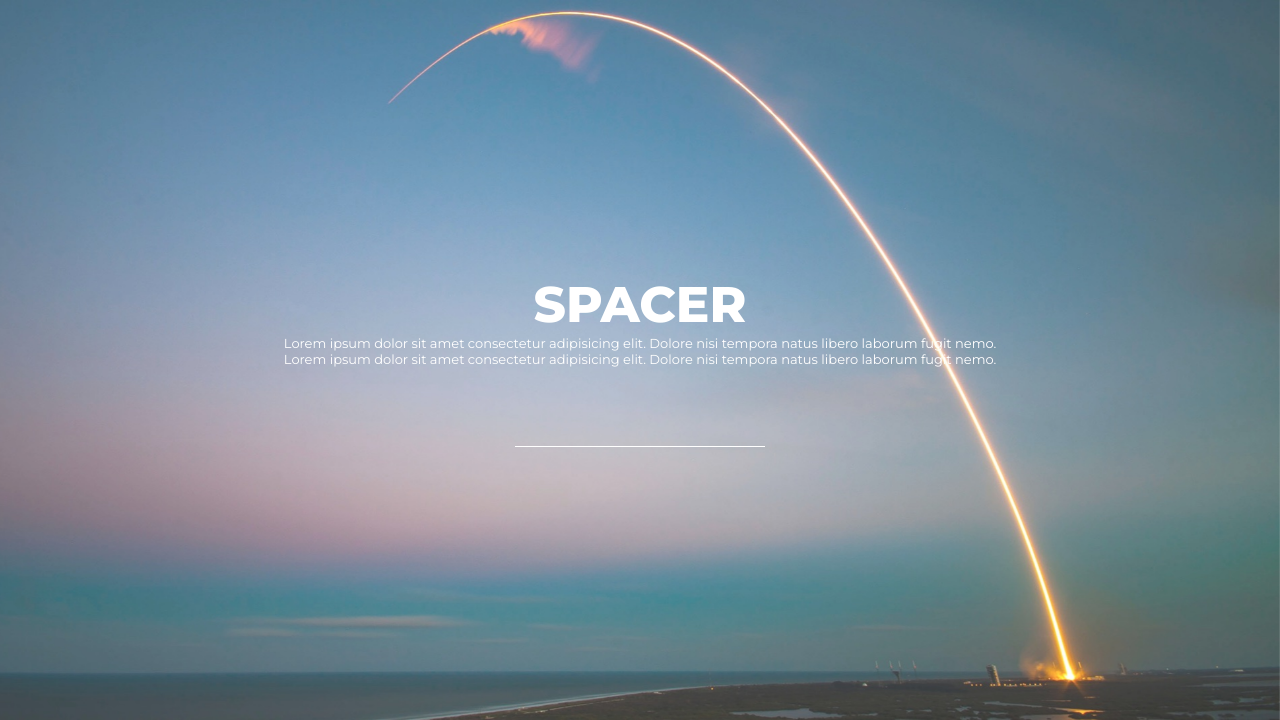
Repository: Trelefele/spacer-roman
Page: /
The author's editor kept a copy of each file at every save. The page is drawn from the files as they stood at one save, then again after the next save.
The browser window is 1280 px wide. The pictures show the whole page.
The project was rebuilt for these pictures with package versions that can differ from the ones it lists, and the page was loaded fresh each time.

Above is the page before, as saved 2019-02-05 19:31:44.

After the next save:
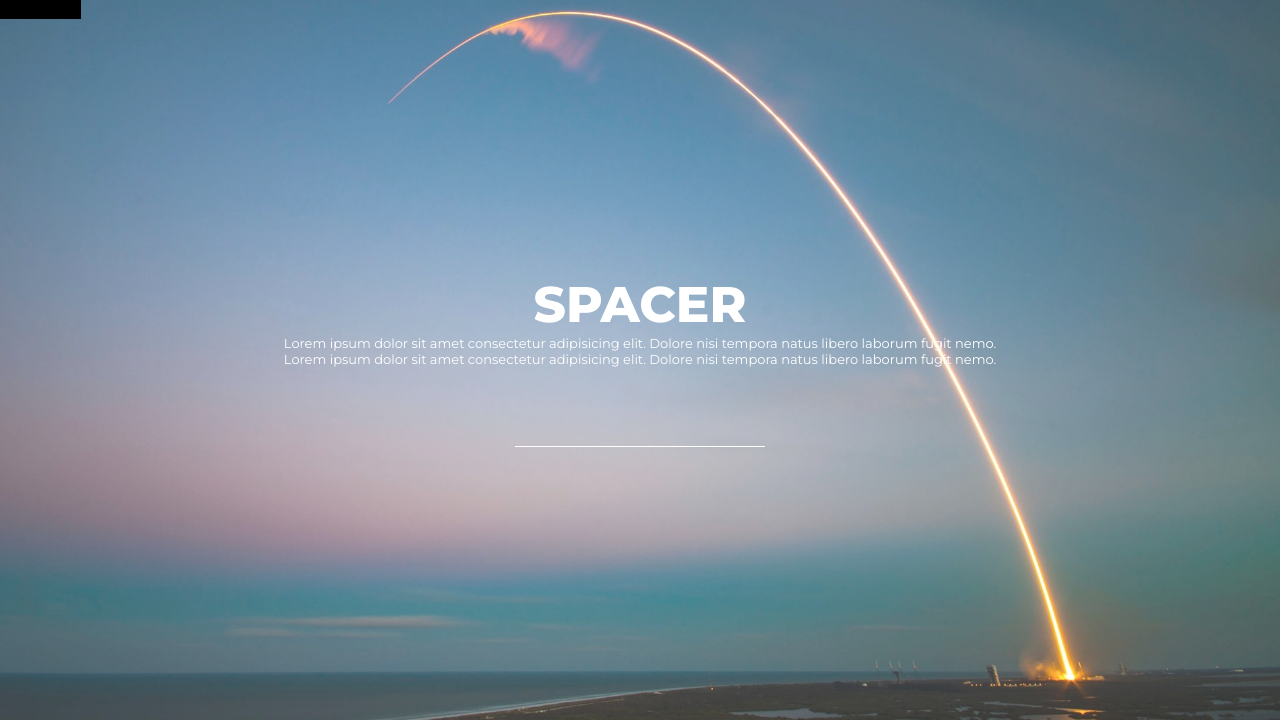
Saved 22 s later.
--- a/src/components/HeroImage.vue
+++ b/src/components/HeroImage.vue
@@ -21,7 +21,7 @@ export default {
     background-position: 80%, 0%;
 }
 .heroImage::after {
-    content: '';
+    content: 'Blalalalala';
     background: black;
     position: absolute;
     top: 0;
